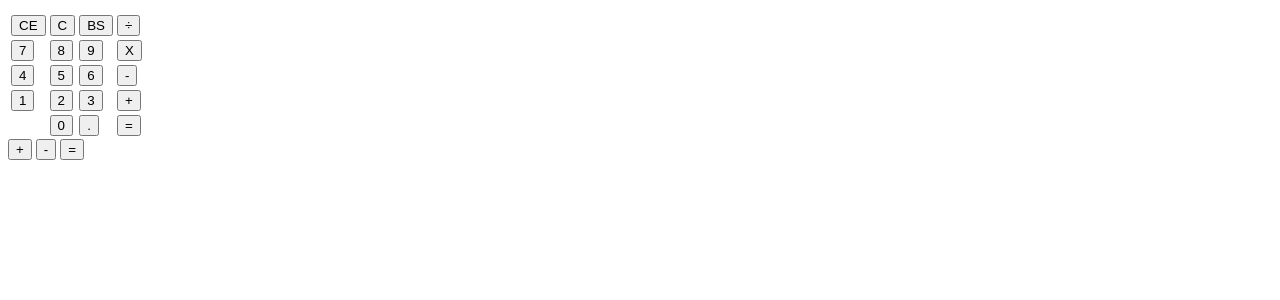
Repository: Dabee-ee/JAVA-lesson2
Page: Personal/JSPPrj/WebContent/calc3.html
An editor plug-in stored every save of this project. The page is shown before and after the next save, followed by the edit.
The browser window is 1280 px wide. The pictures show the whole page.

Above is the page before, as saved 2021-03-13 06:28:40.

### Personal/JSPPrj/WebContent/calc3.html
<!DOCTYPE html>
<html>
<head>
<meta charset="UTF-8">
<title>Insert title here</title>
</head>
<body>
	<div>
		<form action="calc3" method="post">

			<table>
				<tr>
					<td ></td>
				</tr>
								<tr>
					<td><input type="submit" name="operator" value="CE" /></td>
					<td><input type="submit" name="operator" value="C" /></td>
					<td><input type="submit" name="operator" value="BS" /></td>
					<td><input type="submit" name="operator" value="÷" /></td>
				</tr>
								<tr>
					<td><input type="submit" name="operator" value="7" /></td>
					<td><input type="submit" name="operator" value="8" /></td>
					<td><input type="submit" name="operator" value="9" /></td>
					<td><input type="submit" name="operator" value="X" /></td>
				</tr>
								<tr>
					<td><input type="submit" name="operator" value="4" /></td>
					<td><input type="submit" name="operator" value="5" /></td>
					<td><input type="submit" name="operator" value="6" /></td>
					<td><input type="submit" name="operator" value="-" /></td>
				</tr>
								<tr>
					<td><input type="submit" name="operator" value="1" /></td>
					<td><input type="submit" name="operator" value="2" /></td>
					<td><input type="submit" name="operator" value="3" /></td>
					<td><input type="submit" name="operator" value="+" /></td>
				</tr>
								<tr>
					<td></td>
					<td><input type="submit" name="operator" value="0" /></td>
					<td><input type="submit" name="operator" value="." /></td>
					<td><input type="submit" name="operator" value="=" /></td>
				</tr>



			</table>

			<div>
			<input type="submit" name="operator" value="+" />
			<input type="submit" name="operator" value="-" />
			<input type="submit" name="operator" value="=" />
			</div>

		</form>
	</div>
</body>
</html>

After the next save:
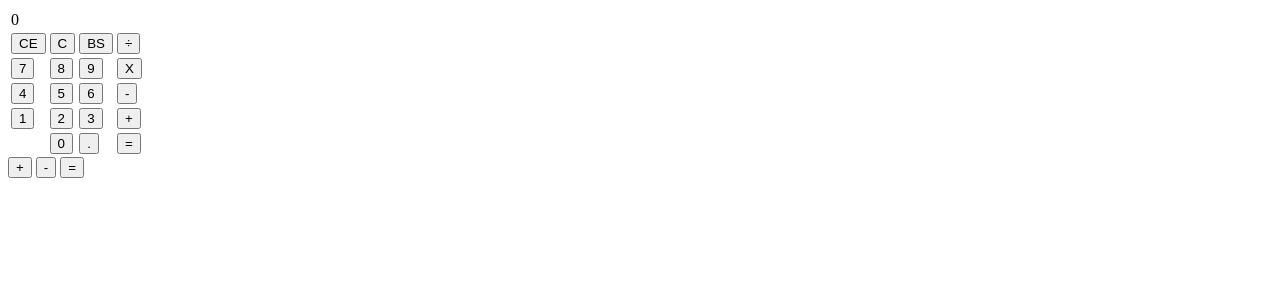
Saved 18 s later.
--- a/Personal/JSPPrj/WebContent/calc3.html
+++ b/Personal/JSPPrj/WebContent/calc3.html
@@ -10,7 +10,7 @@
 
 			<table>
 				<tr>
-					<td ></td>
+					<td colspan="4">0</td>
 				</tr>
 								<tr>
 					<td><input type="submit" name="operator" value="CE" /></td>
